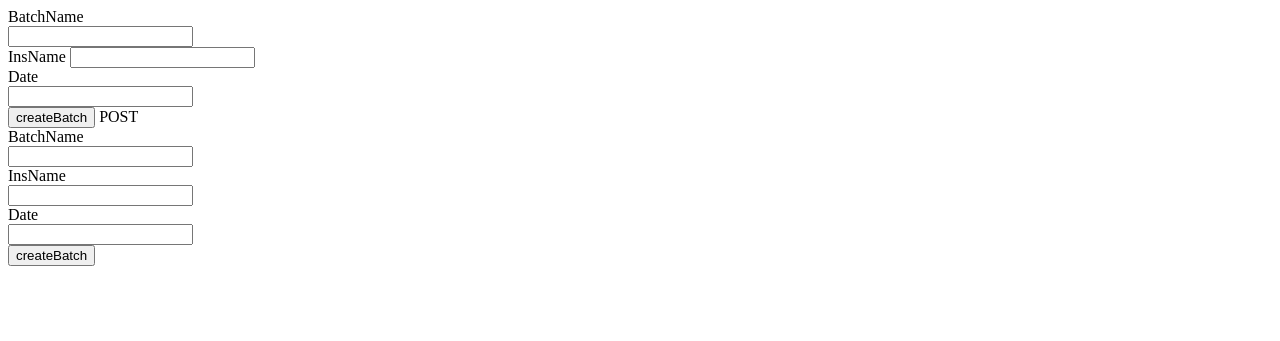
Repository: ark0000/gitL
Page: sevs/src/main/webapp/add-batch.html
An editor plug-in stored every save of this project. The page is shown before and after the next save, followed by the edit.
The browser window is 1280 px wide. The pictures show the whole page.

Above is the page before, as saved 2024-03-03 04:31:27.

After the next save:
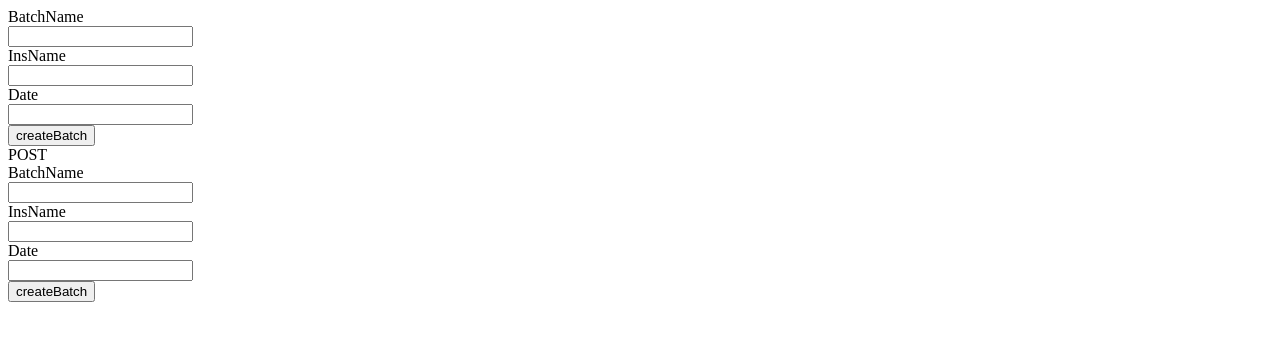
Saved 83 s later.
--- a/sevs/src/main/webapp/add-batch.html
+++ b/sevs/src/main/webapp/add-batch.html
@@ -8,15 +8,15 @@
 <form action="addbatch" method="get">
 <label for="">BatchName</label><br>
 <input  type="text" name="batchName" ><br>
-<label for="">InsName</label>
+<label for="">InsName</label><br>
 <input  type="text" name="InsName" ><br>
 <label for="">Date</label><br>
 <input  type="text" name="Date" ><br>
 
 <input  type="submit" name="batch" value="createBatch" >
+
+</form>
 POST
-</form>
-
 <form action="addbatch" method="post">
 <label for="">BatchName</label><br>
 <input  type="text" name="batchName" ><br>
